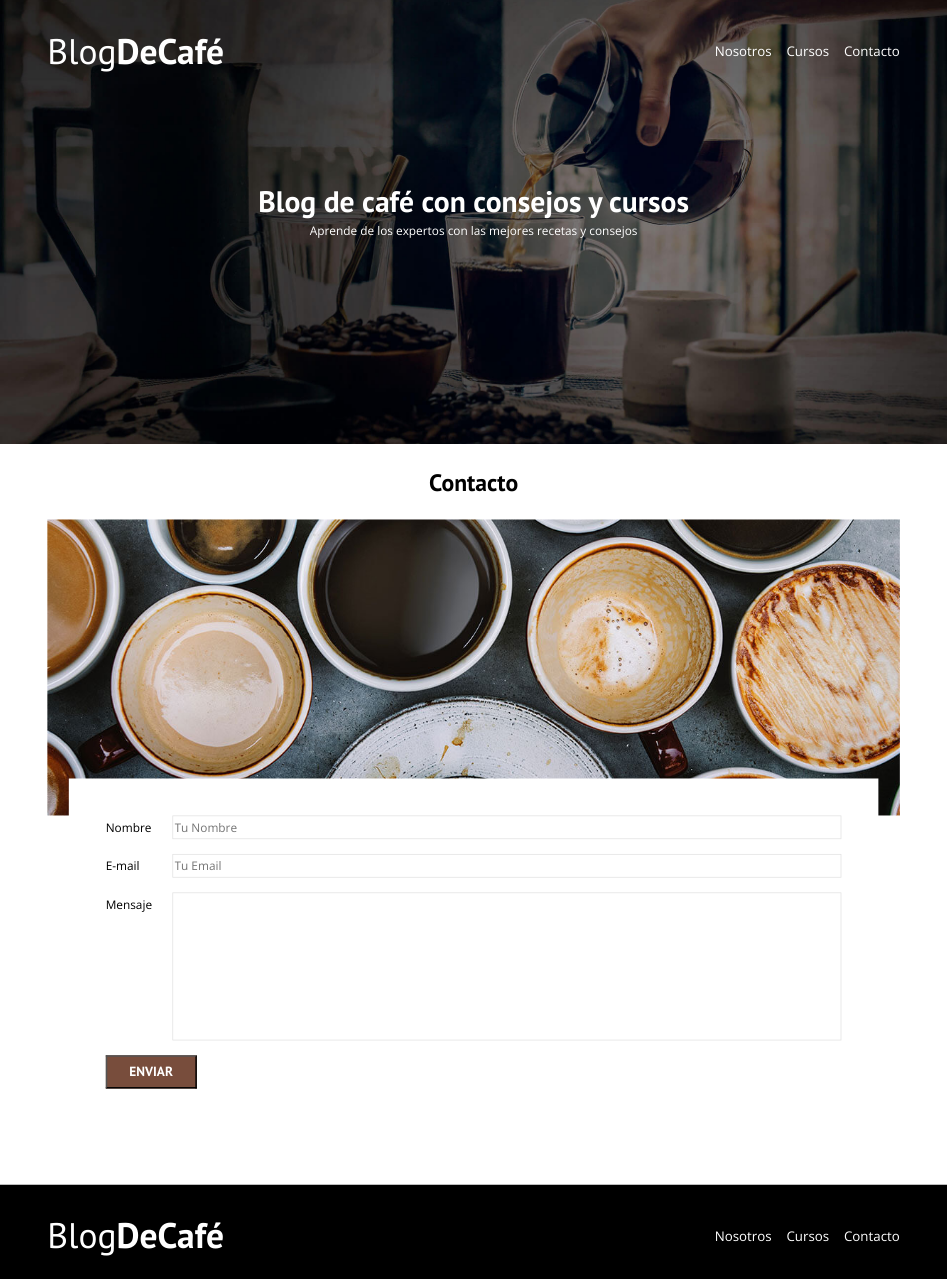
Repository: araque1990/blog_de_cafe
Page: contacto.html
The author's editor kept a copy of each file at every save. The page is drawn from the files as they stood at one save, then again after the next save.
The browser window is 1280 px wide. The pictures show the whole page, at 74% of full size.

Above is the page before, as saved 2023-01-12 19:30:35.

### contacto.html
<!DOCTYPE html>
<html lang="es">
<head>
  <meta charset="UTF-8">
  <meta http-equiv="X-UA-Compatible" content="IE=edge">
  <meta name="viewport" content="width=device-width, initial-scale=1.0">
  <title>Blog de Café</title>
  <link rel="stylesheet" href="css/normalize.css">
  <link rel="preconnect" href="https://fonts.googleapis.com"><link rel="preconnect" href="https://fonts.gstatic.com" crossorigin><link href="https://fonts.googleapis.com/css2?family=Open+Sans&family=PT+Sans:wght@400;700&display=swap" rel="stylesheet">
  <link rel="stylesheet" href="css/styles.css">
</head>
<body>

  <header class="header">
    <div class="contenedor">
      <div class="barra">
        <a class="logo" href="index.html">
          <h1 class="logo__nombre no-margin centrar-texto">Blog<span class="logo__bold">DeCafé</span></h1>
        </a>

        <nav class="navegacion">
          <a href="nosotros.html" class="navegacion__enlace">Nosotros</a>
          <a href="cursos.html" class="navegacion__enlace">Cursos</a>
          <a href="contacto.html" class="navegacion__enlace">Contacto</a>
        </nav>
      </div>
    </div>
    <div class="header__texto">
      <h2 class="no-margin">Blog de café con consejos y cursos</h2>
      <p class="no-margin">Aprende de los expertos con las mejores recetas y consejos</p>
    </div>
  </header>

  <main class="contenedor">
    <h3 class="centrar-texto">Contacto</h3>

    <div class="contacto-bg"></div>

    <form class="formulario">
      <div class="campo">
        <label class="campo__label" for="nombre">Nombre</label>
        <input class="campo__field" type="text" id="nombre" placeholder="Tu Nombre" required>
      </div>

      <div class="campo">
        <label class="campo__label" for="correo">E-mail</label>
        <input class="campo__field" type="email" id="correo" placeholder="Tu Email" required>
      </div>

      <div class="campo">
        <label class="campo__label" for="mensaje">Mensaje</label>
        <input class="campo__field campo__field--textarea" type="textarea" id="mensaje">
      </div>

      <div class="campo">
        <input type="submit" value="Enviar" class="boton boton--secundario">
      </div>
    </form>

  </main>

  <footer class="footer">
    <div class="contenedor">
      <div class="barra">
        <a class="logo" href="index.html">
          <h1 class="logo__nombre no-margin centrar-texto">Blog<span class="logo__bold">DeCafé</span></h1>
        </a>

        <nav class="navegacion">
          <a href="nosotros.html" class="navegacion__enlace">Nosotros</a>
          <a href="cursos.html" class="navegacion__enlace">Cursos</a>
          <a href="contacto.html" class="navegacion__enlace">Contacto</a>
        </nav>
      </div>
    </div>
  </footer>
</body>
</html>

### css/styles.css
:root {
  --fuenteHeading: 'PT Sans', sans-serif;
  --fuenteParrafos: 'Open Sans', sans-serif;

  --secundario: #784D3C;
  --gris: #E1E1E1;
  --blanco: #FFF;
  --negro: #000;
}
html {
  box-sizing: border-box;
  font-size: 62.5%;
}
*, *:before, *:after {
  box-sizing: inherit;
}
body {
  font-family: var(--fuenteParrafos);
  font-size: 1.6rem;
  line-height: 2;
}

/* Globales */
.contenedor {
  max-width: 120rem;
  width: 90%;
  /* width: min(90%, 120rem); //ESTO ES LO MISMO QUE LOS DOS ATRIBUTOS DE ARRIBA */
  margin: 0 auto;
}
a {
  text-decoration: none;
}
h1, h2, h3, h4 {
  font-family: var(--fuenteHeading);
  line-height: 1.2;
}
h1 {
  font-size: 4.8rem;
}
h2 {
  font-size: 4rem;
}
h3 {
  font-size: 3.2rem;
}
h4 {
  font-size: 2.8rem;
}
img {
  max-width: 100%;
}

/* Utilidades */
.no-margin {
  margin: 0;
}
.no-padding {
  padding: 0;
}
.centrar-texto {
  text-align: center;
}

/* Header */
.header {
  background-image: url(../img/banner.jpg);
  height: 60rem;
  background-size: cover;
  background-repeat: no-repeat;
  background-position: center center;
}
.header__texto {
  text-align: center;
  color: var(--blanco);
  margin-top: 5rem;
}

@media (min-width: 768px) {
  .header__texto {
    margin-top: 15rem;
  }
}

@media (min-width: 768px) {
  .barra {
    display: flex;
    justify-content: space-between;
    align-items: center;
  }
}
.barra {
  padding-top: 4rem;
}
.logo {
  color: var(--blanco);
}
.logo__nombre {
  font-weight: 400;
}
.logo__bold {
  font-weight: 700;
}

@media (min-width: 768px) {
  .navegacion {
    display: flex;
    gap: 2rem;
  }
}
.navegacion__enlace {
  display: block;
  text-align: center;
  font-size: 1.8rem;
  color: var(--blanco);
}

@media (min-width: 768px) {
  .contenido-principal {
    display: grid;
    grid-template-columns: 2fr 1fr;
    column-gap: 4rem;
  }
}

.entrada {
  border-bottom: 1px solid var(--gris);
  margin-bottom: 2rem;
}
.entrada:last-of-type {
  border: none;
  margin-bottom: 0;
}
.boton {
  display: block;
  font-family: var(--fuenteHeading);
  color: var(--blanco);
  text-align: center;
  padding: 1rem 3rem;
  font-size: 1.8rem;
  text-transform: uppercase;
  font-weight: 700;
  margin-bottom: 2rem;
}
@media (min-width: 768px) {
  .boton {
    display: inline-block;
    cursor: pointer;
  }
}
.boton--primario {
  background-color: var(--negro);
}
.boton--secundario {
  background-color: var(--secundario);
}

.cursos {
  list-style: none;
}

.widget-curso {
  border-bottom: 1px solid var(--gris);
  margin-bottom: 2rem;
}
.widget-curso:last-of-type {
  border: none;
  margin-bottom: 0;
}
.widget-curso__label {
  font-family: var(--fuenteHeading);
  font-weight: 700;
}
.widget-curso__info {
  font-weight: 400;
}
.widget-curso__info, .widget-curso__label {
  font-size: 2rem;
}

.footer {
  background-color: var(--negro);
  padding-bottom: 3rem;
  margin-top: 4rem;
}

/* Sobre Nosotros */
@media (min-width: 768px) {
  .sobre-nosotros {
    display: grid;
    grid-template-columns: repeat(2, 1fr);
    column-gap: 2rem;
  }
}

.curso {
  padding: 3rem 0;
  border-bottom: 1px solid var(--gris);
}
@media (min-width: 768px) {
  .curso{
    display: grid;
    grid-template-columns: 1fr 2fr;
    column-gap: 2rem;
  }
}
.curso:last-of-type {
  border: none;
}

/* NOTA: podemos simplemente añadir estas clases a los estilos de widget correspodientes para evitar duplicidades. */
.curso__label {
  font-family: var(--fuenteHeading);
  font-weight: 700;
}
.curso__info {
  font-weight: 400;
}
.curso__info, .curso__label {
  font-size: 2rem;
}

/* Contacto */
.contacto-bg {
  background-image: url(../img/contacto.jpg);
  height: 40rem;
  background-size: cover;
  background-repeat: no-repeat;
}
.formulario {
  background-color: var(--blanco);
  margin: -5rem auto 0 auto;
  width: 95%;
  padding: 5rem;
}
.campo{
  display: flex;
  margin-bottom: 2rem;

}
.campo__label{
  flex: 0 0 9rem;
}
.campo__field {
  flex: 1;
  border: 1px solid var(--gris);
}

.campo__field--textarea{
  height: 20rem;
}

Loaded but not shown: css/normalize.css (library)

After the next save:
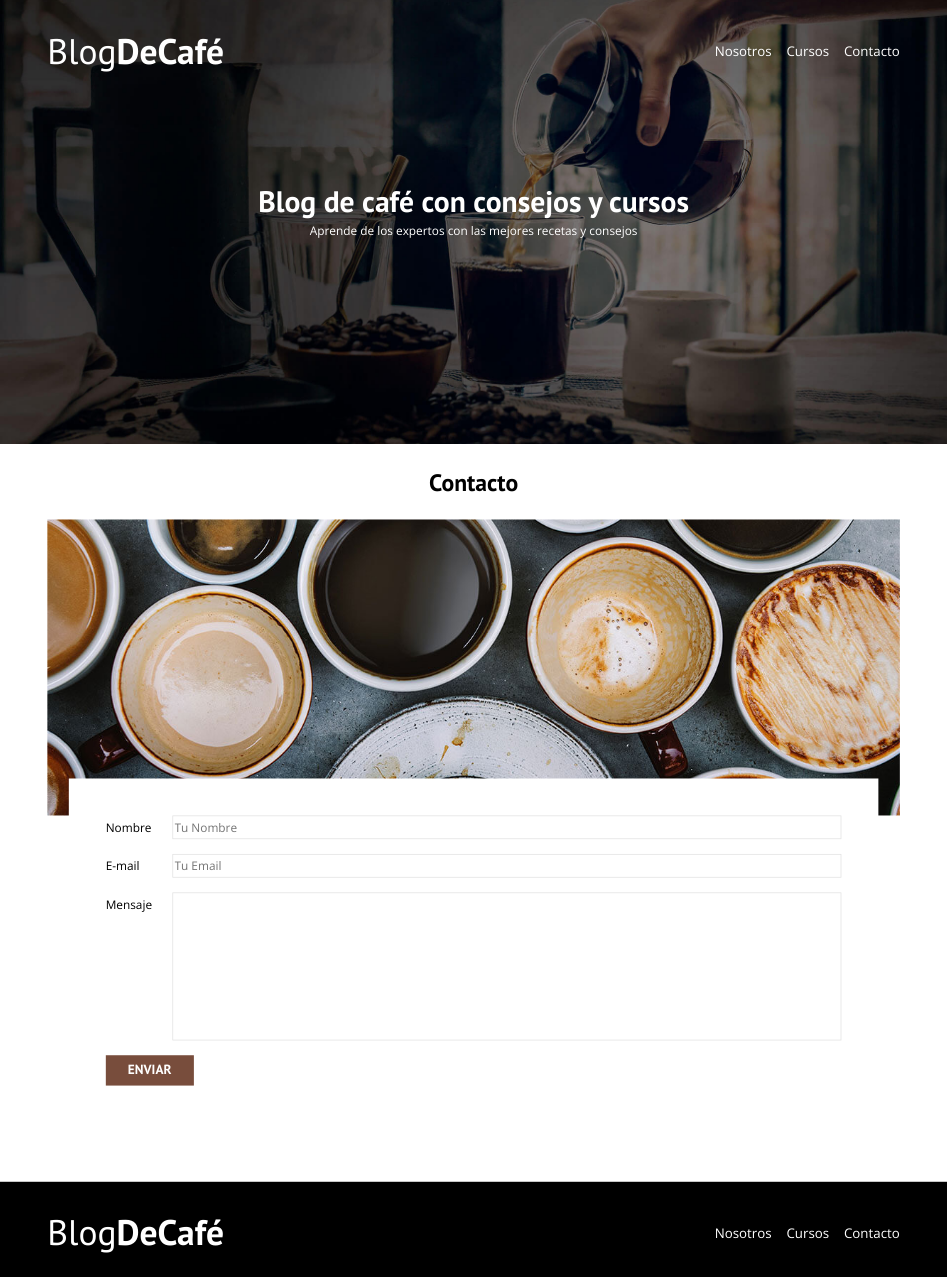
Saved 63 s later.
--- a/css/styles.css
+++ b/css/styles.css
@@ -140,11 +140,12 @@ img {
   text-transform: uppercase;
   font-weight: 700;
   margin-bottom: 2rem;
+  border: none;
+  cursor: pointer;
 }
 @media (min-width: 768px) {
   .boton {
     display: inline-block;
-    cursor: pointer;
   }
 }
 .boton--primario {
